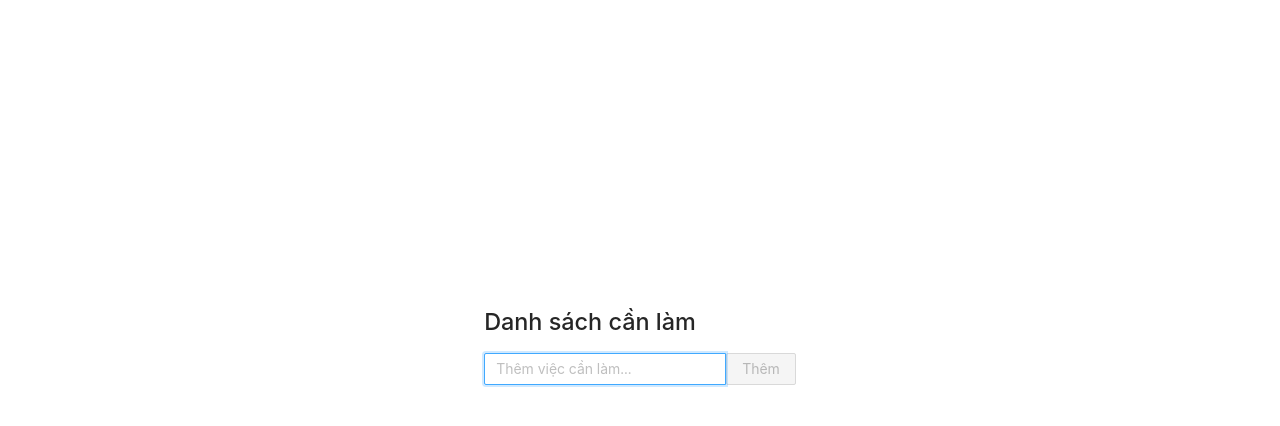
Repository: tiendungjr123/Todo-App
Page: /
The author's editor kept a copy of each file at every save. The page is drawn from the files as they stood at one save, then again after the next save.
The browser window is 1280 px wide. The pictures show the whole page.
The project was rebuilt for these pictures with package versions that can differ from the ones it lists, and the page was loaded fresh each time. Also part of the build but not shown: src/component/Todo.jsx.

Above is the page before, as saved 2022-09-22 14:32:39.

### src/index.js
import React from 'react';
import ReactDOM from 'react-dom/client';
import './index.css';
import App from './App';
import 'antd/dist/antd.css';
const root = ReactDOM.createRoot(document.getElementById('root'));
root.render(
  <React.StrictMode>
    <App />
  </React.StrictMode>
);

### src/index.css
body {
  margin: 0;
  font-family: -apple-system, BlinkMacSystemFont, 'Segoe UI', 'Roboto', 'Oxygen',
    'Ubuntu', 'Cantarell', 'Fira Sans', 'Droid Sans', 'Helvetica Neue',
    sans-serif;
  display: flex;
  justify-content: center;
  align-items: center;
  padding: 20px;
  font-size: 20px !important;
}

code {
  font-family: source-code-pro, Menlo, Monaco, Consolas, 'Courier New',
    monospace;
}

### src/App.js
import TodoList from "./component/TodoList";
import { Input, Button } from "antd";
import { useState, useCallback } from "react";
import { v4 } from "uuid";

function App() {
  const [todoList, setTodoList] = useState([]);
  const [textInput, setTextInput] = useState("");

  const onchangeText = useCallback((e) => {
    setTextInput(e.target.value);
  }, []);

  const onAddBtnClick = useCallback((e) => {
    setTodoList([
      { id: v4(), name: textInput, isComplete: false },
      ...todoList,
    ]);
    setTextInput("");
  },[textInput, todoList]);
  return (
    <>
      <h3>Danh sách cần làm</h3>
      <Input.Group
        style={{
          display: "flex",
        }}
      >
        <Input
          autoFocus
          placeholder="Thêm việc cần làm..."
          value={textInput}
          onChange={onchangeText}
        />
        <Button disabled={!textInput} type="primary" onClick={onAddBtnClick}>
          Thêm
        </Button>
      </Input.Group>
      <br />
      <TodoList todoList={todoList} />
    </>
  );
}

export default App;

### src/component/TodoList.jsx
import React from "react";
import Todo from "./Todo";

export default function TodoList({ todoList }) {
  return (
    <>
      {todoList.map((todo) => (
        <Todo key={todo.id} todo ={todo}/>
      ))}
    </>
  );
}

Loaded but not shown: public/index.html (common file)

After the next save:
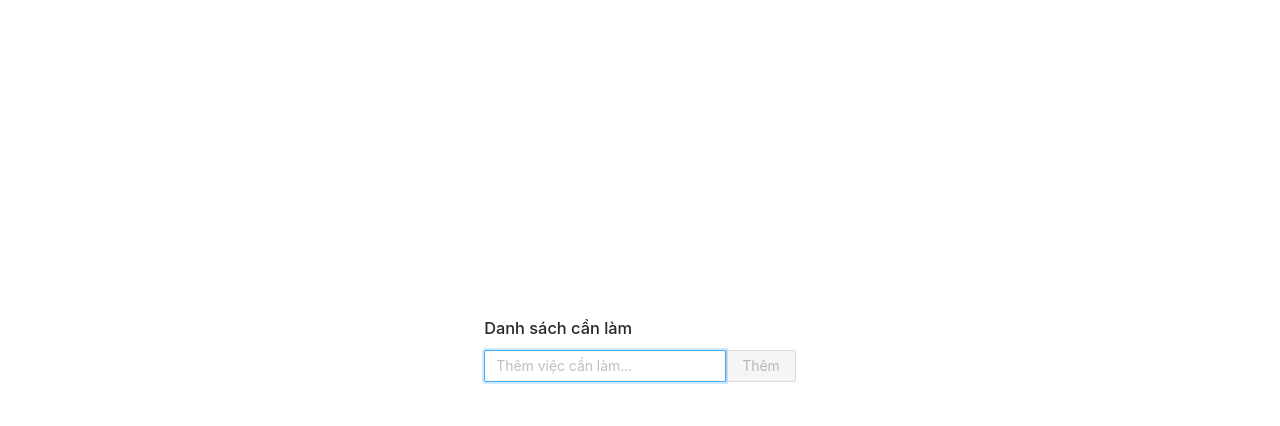
Saved 35 s later.
--- a/src/index.css
+++ b/src/index.css
@@ -7,7 +7,6 @@ body {
   justify-content: center;
   align-items: center;
   padding: 20px;
-  font-size: 20px !important;
 }
 
 code {
